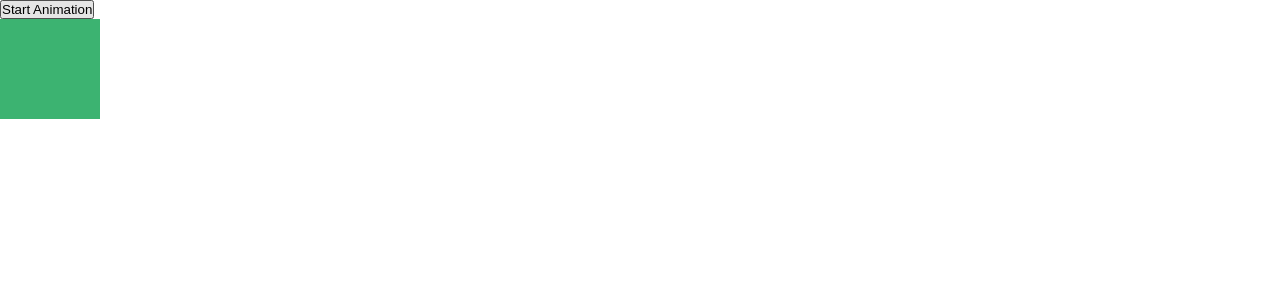
Repository: Junhee1412/front_end_practice
Page: jquery, bootstrap/js03_effect/public/js02_animation.html
An editor plug-in stored every save of this project. The page is shown before and after the next save, followed by the edit.
The browser window is 1280 px wide. The pictures show the whole page.
After loading, the first visible `button` was clicked once.

Above is the page before, as saved 2022-11-15 03:12:15.

### jquery, bootstrap/js03_effect/public/js02_animation.html
<!DOCTYPE html>
<html>
<head>
	<meta charset="UTF-8">
	<title>Insert title here</title>
		<script src="./js/jquery-3.6.1.min.js"></script>

	<style>
	*{margin:0px; padding:0px;}
	#box{
	background:mediumseagreen;
	width:100px;
	height:100px;
	position : absolute;
	}

	</style>
	<script>
	 /*
	 	Animation

	 	A. 메서드 형태
	 	1. $().animation(object)
	 	2. $().animation(object, speed)
	 	3. $().animation(object, speed, easing)
	 	4. $().animation(object, speed, easing, callback)

	 	B. animation 옵션

	 	opacity(투명도),
	 	height, width(크기),
	 	top, left(위치),
	 	margin, padding(여백),
	 	bottom

	 	C. animation 정지
	 	1. $(선택자).stop()
	 	2. $(선택자).stop(clearQueue)
	 	3. $(선택자).stop(clearQueue, goToEnd)
	 */

	 $(function(){
		$('button').click(function(){})
	 //animation효과는 누적처리(animation Queue)
	 	$('#box').click(function(){})
	 })

	</script>

</head>
<body>
	<button>Start Animation</button>
	<div id="box"></div>
</body>
</html>

Loaded but not shown: jquery, bootstrap/js03_effect/public/js/jquery-3.6.1.min.js (library)

After the next save:
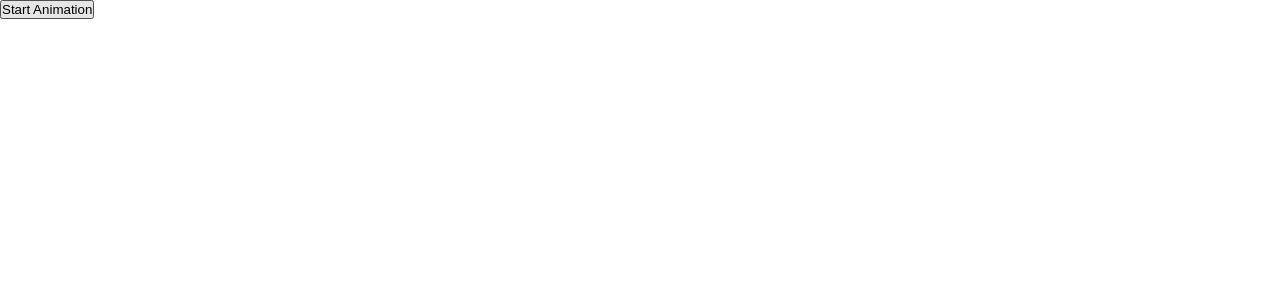
Saved 2 min 32 s later.
--- a/jquery, bootstrap/js03_effect/public/js02_animation.html
+++ b/jquery, bootstrap/js03_effect/public/js02_animation.html
@@ -40,7 +40,16 @@
 	 */
 
 	 $(function(){
-		$('button').click(function(){})
+		$('button').click(function(){
+			$('div').animate({
+				left: '250px',
+				opacity: '0.5',
+				height:'+=150px',
+				width:'+=150px',
+				height: 'toggle',
+				width: 'toggle'
+			})
+		})
 	 //animation효과는 누적처리(animation Queue)
 	 	$('#box').click(function(){})
 	 })

After the 2 saves that followed:
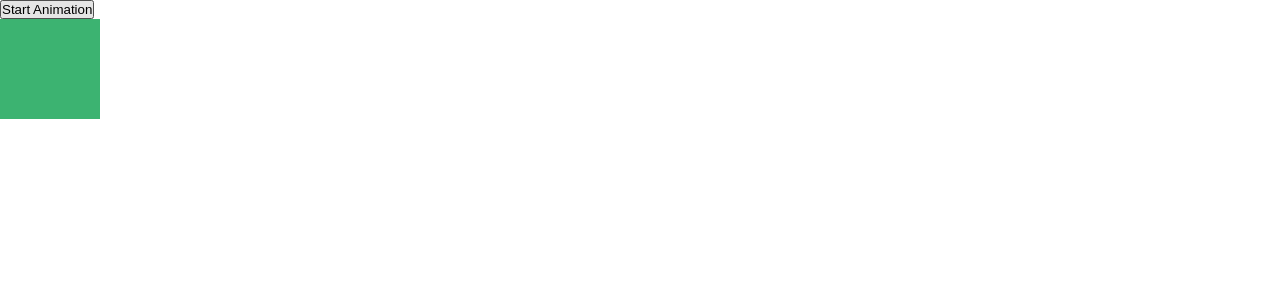
The 2 saves are shown as one change because 1 left the picture as it was.
The last was saved 63 s later.
--- a/jquery, bootstrap/js03_effect/public/js02_animation.html
+++ b/jquery, bootstrap/js03_effect/public/js02_animation.html
@@ -40,15 +40,16 @@
 	 */
 
 	 $(function(){
+
 		$('button').click(function(){
-			$('div').animate({
+			$('#div').animate({
 				left: '250px',
 				opacity: '0.5',
 				height:'+=150px',
 				width:'+=150px',
 				height: 'toggle',
 				width: 'toggle'
-			})
+			});
 		})
 	 //animation효과는 누적처리(animation Queue)
 	 	$('#box').click(function(){})
